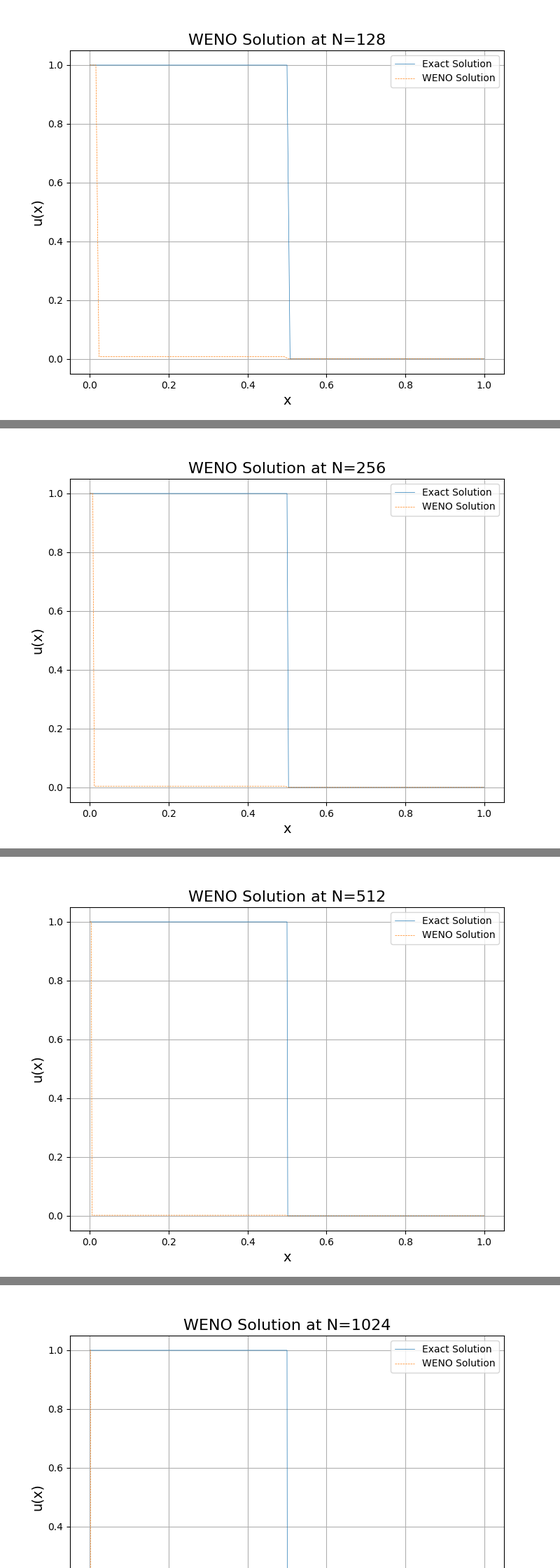
Repository: mishiroo/WENO
Script's output: python main.py
An editor plug-in stored every save of this project. The script's output is shown before and after a run of saves, followed by the edit.
The pictures show rows 0 to 2240 of an output 2436 px tall, at 70% of full size.
Each picture stacks the figures in order, with grey between them; figures that are only written to a file come last. Random numbers start from a fixed seed.

Above is the script's output before, as saved 2024-12-13 18:54:27.

### main.py
import WENO
import TestCase
import ErrorAnalysis as EA
import numpy as np

# 计算误差阶
# N: Num of cells 网格密度太大 机器误差会影响收敛
NList = [128, 256, 512, 1024]
# 存储计算结果
l2_err_list = []
linf_err_list = []
solution_list = []

for n in NList:
    mesh = WENO.Mesh(0, 1, n)  # 实例化的Mesh mesh.mesh访问网格本身
    test_case = TestCase.TestCase(mesh)
    # 用户只需要实现需要的函数即可
    theo_values = test_case.getTheoValues(TestCase.shockwave_fun)
    avg_values = test_case.shockwave_avg()

    # 实例化
    weno = WENO.WENO1D(mesh=mesh.mesh, avg_values=avg_values, k=3)
    weno.Reconstruct()  # WENO重构
    weno.BoundaryTreatment(theo_values)

    # 统计误差
    linf_err_list.append(EA.LinfError(theo_values, weno._solution))
    l2_err_list.append(EA.L2Error(theo_values, weno._solution))
    solution_list.append(weno._solution)
    # 绘图
    EA.Draw(mesh.mesh, theo_values, weno._solution)

EA.SaveError("WENO5Error-shock.xlsx", NList, l2_err_list, linf_err_list)

### WENO.py
import tqdm
import numpy as np
from typing import List


# 1D dimension
class WENO1D:

    def __init__(self, mesh: np.ndarray, avg_values: np.ndarray, k: int = 5) -> None:
        """初始化WENO类

        Args:
            mesh (np.ndarray): 网格剖分[lb,...ub]
            avg_values (np.ndarray): 网格剖分[lb,...ub]
            k (int, optional): 模板长度. Defaults to 3.
            Supported k=1, 2, 3, 5
        """
        assert np.size(mesh) - 1 == np.size(
            avg_values
        ), "len(mesh) == len(avg_values) + 1"
        self.avg_values = avg_values
        self.mesh = mesh

        self.order = 2 * k - 1
        self.lb = mesh[0]
        self.ub = mesh[-1]
        self.N = len(mesh) - 1  # Num of cells
        self.k = k  # Num of stencils

        self._solution = np.zeros(self.N + 1)  # 存储WENO重构结果

        # 查表得到模板组合线性权
        if self.order == 1:
            self.weights_d = [1]
        elif self.order == 3:
            self.weights_d = [2 / 3, 1 / 3]
        elif self.order == 5:
            self.weights_d = [1 / 10, 3 / 5, 3 / 10]
            # 查表得到模板组合系数
            self.C = np.array(
                [
                    [1 / 3, -7 / 6, 11 / 6],
                    [-1 / 6, 5 / 6, 1 / 3],
                    [1 / 3, 5 / 6, -1 / 6],
                    [11 / 6, -7 / 6, 1 / 3],
                ]
            )
        elif self.order == 9:
            # 直接得到五阶模板 加权可以得到九阶模板
            self.weights_d = np.array([0, 0, 1, 0, 0])  # 书上没有对应权重 取中间的权重
            self.C = np.array(
                [
                    [1 / 5, -21 / 20, 137 / 60, -163 / 60, 137 / 60],
                    [-1 / 20, 17 / 60, -43 / 60, 77 / 60, 1 / 5],
                    [1 / 30, -13 / 60, 47 / 60, 9 / 20, -1 / 20],
                    [-1 / 20, 9 / 20, 47 / 60, -13 / 60, 1 / 30],
                    [1 / 5, 77 / 60, -43 / 60, 17 / 60, -1 / 20],
                    [137 / 60, -163 / 60, 137 / 60, -21 / 20, 1 / 5],
                ]
            )
        else:
            raise ValueError(
                "k must be 1, 2 or 3, 5(测试五阶算法用)"
            )  # 其他阶的系数论文没给，先不写

        self.PrintInfo()

    def PrintInfo(self):
        print(
            f"lb = {self.lb}, ub = {self.ub}, Stencil length = {self.k}, WENO order = {self.order} "
        )
        print(f"Num of cells = {self.N}, Num of Nodes = {self.N + 1} \n")

    def StencilReconstruct(self, index: int) -> List[float]:
        """根据模板进行重构 精度为k阶

        Args:
            index (int): 计算节点的位置索引

        Returns:
            List[float]: 不同模板上的重构结果
        """
        stencil_index = index - 1
        stencil_recons = np.zeros(self.k)  # 存储不同模板重构结果的值
        if stencil_index - self.k + 1 >= 0 and stencil_index + self.k - 1 <= self.N - 1:
            for i in range(self.k):
                stencil_recons[i] = np.inner(
                    self.C[i],
                    self.avg_values[
                        stencil_index - self.k + 1 + i : stencil_index + i + 1
                    ],
                )

        elif stencil_index - self.k + 1 < 0:
            for i in range(self.k):
                stencil_recons[i] = np.inner(
                    self.C[-1],
                    self.avg_values[stencil_index + 1 : stencil_index + self.k + 1],
                )

        elif stencil_index + self.k - 1 > self.N - 1:
            for i in range(self.k):
                stencil_recons[i] = np.inner(
                    self.C[0],
                    self.avg_values[stencil_index - self.k + 1 : stencil_index + 1],
                )
        return stencil_recons

    def SmoothIndicators(self, index: int) -> np.ndarray:
        """计算指示器

        Args:
            index (int): 索引

        Returns:
            np.ndarray: 平滑指示函数
        """
        assert self.k == 2 or self.k == 3, "SmoothIndicators only support k=3 NOW!"
        # 处理非法值
        if index < self.k - 1 or index > self.N - self.k:
            return self.weights_d
        else:
            if self.k == 2:
                beta0 = self.avg_values[index + 1] - self.avg_values[index]
                beta1 = self.avg_values[index] - self.avg_values[index - 1]
                return [beta0, beta1]
            elif self.k == 3:
                beta0 = (
                    13
                    / 12
                    * (
                        self.avg_values[index]
                        - 2 * self.avg_values[index + 1]
                        + self.avg_values[index + 2]
                    )
                    ** 2
                )
                +1 / 4 * (
                    3 * self.avg_values[index]
                    - 4 * self.avg_values[index + 1]
                    + self.avg_values[index + 2]
                ) ** 2
                beta1 = (
                    13
                    / 12
                    * (
                        self.avg_values[index - 1]
                        - 2 * self.avg_values[index]
                        + self.avg_values[index + 1]
                    )
                    ** 2
                )
                +1 / 4 * (self.avg_values[index - 1] - self.avg_values[index + 1]) ** 2
                beta2 = (
                    13
                    / 12
                    * (
                        self.avg_values[index - 2]
                        - 2 * self.avg_values[index - 1]
                        + self.avg_values[index]
                    )
                    ** 2
                )
                +1 / 4 * (
                    3 * self.avg_values[index]
                    - 4 * self.avg_values[index - 1]
                    + self.avg_values[index - 2]
                ) ** 2
            return [beta0, beta1, beta2][::-1]

    def FormWeights(self, index: int, eps=1e-6) -> np.ndarray:
        """计算归一化权重

        Args:
            index (int): 索引

        Returns:
            np.ndarray: 权重
        """
        alpha = np.zeros(self.k)
        beta = self.SmoothIndicators(index)
        for i in range(self.k):
            alpha[i] = self.weights_d[i] / (eps + beta[i]) ** 2
        return alpha / np.sum(alpha)

    def NodeReconstruct(self, index: int, eps=1e-6) -> float:
        """WENO加权后的重构 精度为2k-1阶 针对节点进行重构

            返回指定索引的WENO重构结果

        Args:
            index (int): 索引
            eps (_type_, optional): eps参数. Defaults to 1e-6.

        Returns:
            float: 插值结果
        """
        weights = self.FormWeights(index, eps=eps)
        return np.inner(weights, self.StencilReconstruct(index))

    def Reconstruct(self, eps=1e-6):
        """WENO加权后的重构 精度为2k-1阶 针对区间进行重构

            返回区间上每个节点的WENO重构结果

        Args:
            eps (_type_, optional): eps参数. Defaults to 1e-6.
        """
        for i in tqdm.tqdm(range(self.N + 1)):
            self._solution[i] = self.NodeReconstruct(i, eps=eps)
        return self._solution

    def StencilReconstruct_all(self) -> np.ndarray:
        """精度为k阶 调用StencilReconstruct 针对区间进行重构

            返回区间所有节点使用模板重构结果(收敛阶为模板长度)

        Returns:
            np.ndarray: 重构结果
        """
        for i in range(self.N + 1):
            self._solution[i] = np.inner(self.weights_d, self.StencilReconstruct(i))
        return self._solution

    def BoundaryTreatment(self, theo_values: np.ndarray) -> None:
        """边界处理: 把遇到的不完整模板计算结果全部用精确值代替

        Args:
            theo_values (np.ndarray): 理论值
        """
        for i in range(self.k):
            # 前k个点
            self._solution[i] = theo_values[i]
            # 后k个点
            self._solution[self.N - i] = theo_values[self.N - i]


class Mesh:
    def __init__(self, lb: float, ub: float, N: int) -> None:
        """初始化网格

        Args:
            lb (float): 左边界
            ub (float): 右边界
            N (int): cells数量
        """
        self.lb = lb
        self.ub = ub
        self.N = N
        self.mesh = np.linspace(lb, ub, N + 1)
        self.avg_values = np.zeros(N)  # Initialize avg_values

    def BindAverageValues(self, avg_values: List[float]) -> None:
        """绑定平均值

        Args:
            avg_values (List[float]): 平均值
        """
        assert len(avg_values) == self.N, "avg_values length must be N"
        self.avg_values = avg_values

### TestCase.py
# 构建测试用例
import WENO
import GaussIntegrate
from typing import Callable
import numpy as np


def shockwave_fun(x: np.ndarray) -> np.ndarray:
    """间断函数

    Args:
        x (np.ndarray): 传入网格点

    Returns:
        np.ndarray: 对应函数值
    """
    return np.where(x <= 0.5, 1, 0)


def sin_fun(x: np.ndarray) -> np.ndarray:
    return np.sin(2 * np.pi * x)

def exp_fun(x: np.ndarray) -> np.ndarray:
    return np.exp(x)

class TestCase:
    def __init__(self, mesh: WENO.Mesh):
        self.mesh = mesh.mesh  # 具体的网格 长度为N+1
        self.N = mesh.N  # 单元格数
        self._avg_values = np.zeros(self.N)  # 初始化平均值

    def getAverageValues(
        self, func_name: Callable[[np.ndarray], np.ndarray]
    ) -> np.ndarray:
        # 利用高斯积分求解区域均值
        for i in range(self.N):
            self._avg_values[i] = GaussIntegrate.gauss_integrate(
                func_name, [self.mesh[i], self.mesh[i + 1]]
            ) / (self.mesh[i + 1] - self.mesh[i])
        return self._avg_values

    def getTheoValues(
        self, func_name: Callable[[np.ndarray], np.ndarray]
    ) -> np.ndarray:
        """获取每个网格点的理论值

        Args:
            func_name (Callable[[np.ndarray], np.ndarray]): 定义的函数
                需要实现网格点数组到网格点对应函数值数组的映射

        Returns:
            np.ndarray: 理论值
        """
        return func_name(self.mesh)

    def shockwave_avg(self) -> np.ndarray:
        """间断问题高斯积分求不对 这里用解析解计算
            f(x) = 1 if x <= 0.5 else 0

        Returns:
            np.ndarray: _description_
        """
        for i in range(self.N):
            if self.mesh[i] > 0.5:
                self._avg_values[i] = 0
            elif self.mesh[i+1] <=  0.5:
                self._avg_values[i] = self.mesh[i+1] - self.mesh[i]
            else:
                self._avg_values[i] = 0.5 - self.mesh[i]
        return self._avg_values

# 测试用例
# if __name__ == "__main__":
#     mesh = WENO.Mesh(0, 1, 100)
#     test_case = TestCase(mesh)
#     print(test_case.getAverageValues(shockwave_fun))
#     print(test_case.getTheoValues(shockwave_fun))

### GaussIntegrate.py
import numpy as np


def gauss_integrate(func, interval, n=5):
    """
    使用高斯-勒让德积分方法计算一维积分。

    参数:
    func: 被积分的函数
    a, b: 积分区间 [a, b]
    n: 积分的阶数，默认为5阶精度

    返回:
    积分结果
    """
    a, b = interval
    # 高斯-勒让德积分节点和权重，来自于预计算表
    nodes, weights = np.polynomial.legendre.leggauss(n)

    # 将节点从[-1, 1]映射到[a, b]区间
    transformed_nodes = 0.5 * (b - a) * nodes + 0.5 * (a + b)

    # 计算高斯-勒让德积分结果
    integral = 0.5 * (b - a) * np.sum(weights * func(transformed_nodes))

    return integral

def gauss_point(x_bound: list[float]) -> list[float]:
    """获取高斯点坐标list

    Args:
        x_bound (list[float]): 积分区间

    Returns:
        list[float]: 坐标点
    """
    a, b = x_bound
    # 映射后的高斯点
    c_ = 2 / 7 * np.sqrt(6 / 5)
    gpt = np.array([
        -np.sqrt(3 / 7 + c_),
        -np.sqrt(3 / 7 - c_),
        np.sqrt(3 / 7 - c_),
        np.sqrt(3 / 7 + c_),
    ])
    return ((b - a) * gpt + b + a) / 2

# 设计这些函数的作用是因为如果给出的句柄存在if-else判断，计算高斯点函数值时，会报错
# 所以现在要把计算函数值和组装分开
def gauss_point_value(f, gpt: list, x_bound: list[float]) -> list[float]:
    """获取高斯点函数值

    Args:
        f (function): 函数
        gpt (list): 映射后的高斯点坐标
        x bound: 积分区间

    Returns:
        list: 函数值
    """
    a, b = x_bound
    return [f(x) for x in gpt]


def gauss_integrate_ls(f_list, x_bound: list[float]) -> float:
    """4个高斯点的高斯积分 精度为7阶

    Args:
        f_list : 函数求值后的列表
        x_bound (list[float]): 积分区域

    Returns:
        float: 积分结果
    """
    a, b = x_bound
    # 权重
    w1 = (18 + np.sqrt(30)) / 36
    w2 = (18 - np.sqrt(30)) / 36
    A = [w2, w1, w1, w2]

    # 转为标准区间
    I = 0
    J = (b - a) / 2
    for i in range(4):
        I += A[i] * f_list[i] * J
    return I


# 测试用例
# if __name__ == "__main__":
#     def f(x):
#         return x

#     bd = [0, 2]
#     gpt = gauss_point(bd)
#     f_list = gauss_point_value(f, gpt, bd)
#     print(2)
#     print(gauss_integrate(f, bd))
#     print(gauss_integrate_ls(f_list, bd))

### ErrorAnalysis.py
# 分析计算结果的收敛阶 绘制计算效果图
import numpy as np
import pandas as pd
from typing import List
from matplotlib import pyplot as plt


def AccuracyOrder(N1: int, N2: int, Error1: int, Error2: int) -> float:
    """给定两组剖分和计算结果，计算收敛阶

    Args:
        N1 (int): 第一次剖分的网格数
        N2 (int): 第二次剖分的网格数
        Error1 (int): 第一次剖分的误差
        Error2 (int): 第二次剖分的误差

    Returns:
        float: 收敛阶
    """
    return np.log(Error1 / Error2) / np.log(N2 / N1)


def AccuracyOrders(NList: List[int], ErrorList: List[float]) -> np.ndarray:
    """对两组及以上剖分结果进行收敛阶分析 返回长度为len(NList)第一个元素为None的收敛阶数组
    输入参数是Num of cells
    Args:
        NList (List[int]): 网格剖分参数列表
        ErrorList (List[float]): 误差结果列表

    Returns:
        np.ndarray: 收敛阶列表
    """
    assert len(NList) == len(
        ErrorList
    ), f"length of NList and ErrorList must be equal, but {len(NList)} and {len(ErrorList)} are given"
    orderList = np.zeros(len(NList))
    orderList[0] = None
    for i in range(1, len(NList)):
        orderList[i] = AccuracyOrder(
            NList[i], NList[i - 1], ErrorList[i], ErrorList[i - 1]
        )
    return orderList


def AccuracyOrders_h(hList: List[float], ErrorList: List[float]) -> np.ndarray:
    """对两组及以上剖分结果进行收敛阶分析 返回长度为len(hList)第一个元素为None的收敛阶数组
    输入参数是剖分长度
    Args:
        hList (List[int]): 网格剖分长度列表
        ErrorList (List[float]): 误差结果列表

    Returns:
        np.ndarray: 收敛阶列表
    """
    N = [int(1/h) for h in hList]
    return AccuracyOrders(N, ErrorList)


def SaveError(
    fn: str, NList: List[int], L2ErrorList: List[float], LinfErrorList: List[float]
) -> None:
    """保存误差结果

    Args:
        fn (str): 保存文件名
        NList (List[int]): 网格剖分参数列表
        ErrorList (List[float]): 误差结果列表
    """
    ac_orders_l2 = AccuracyOrders(NList, L2ErrorList)
    ac_orders_linf = AccuracyOrders(NList, LinfErrorList)
    # 保存计算结果
    data = {
        "N": NList,
        "L2Error": L2ErrorList,
        "L2Order": ac_orders_l2,
        "LInfError": LinfErrorList,
        "LInfOrder": ac_orders_linf,
    }
    df = pd.DataFrame(data)
    df.to_excel(fn, index=False)
    # 打印误差
    print(f"l2 err accuracy order: {ac_orders_l2}")
    print(f"linf err accuracy order: {ac_orders_linf}")


def L2Error(analytical: List[float], numerical: List[float]) -> float:
    """计算L2误差

    Args:
        analytical (List[float]): 解析解
        numerical (List[float]): 数值解

    Returns:
        float: L2误差
    """
    return np.sqrt(np.sum([(a - n) ** 2 for a, n in zip(analytical, numerical)]))


def LinfError(analytical: List[float], numerical: List[float]) -> float:
    """计算Linf误差

    Args:
        analytical (List[float]): 解析解
        numerical (List[float]): 数值解

    Returns:
        float: Linf误差
    """
    return max([abs(a - n) for a, n in zip(analytical, numerical)])


def Draw(
    mesh: np.ndarray,
    theo_values: np.ndarray,
    weno_values: np.ndarray,
    show=False,
    fn: str = None,
):
    """只绘制剖分为N的精确值与数值解对比图

    Args:
        mesh (np.ndarray): 剖分网格
        theo_values (np.ndarray): 理论值
        weno_values (np.ndarray): WENO求解结果
        show(Bool, optional): 是否显示图形. Defaults to False.
        fn (str, optional): 保存文件名. Defaults to None.
    """
    N = mesh.size - 1
    # 创建图形
    plt.figure(figsize=(8, 6), dpi=150)

    # 绘制理论值
    plt.plot(
        mesh,
        theo_values,
        label="Exact Solution",
        linestyle="-",
        linewidth=0.5,
    )
    # 绘制WENO数值解
    plt.plot(
        mesh,
        weno_values,
        label="WENO Solution",
        linestyle="--",
        linewidth=0.5,
    )
    # 设置标题和标签

    plt.title(f"WENO Solution at N={N}", fontsize=16)
    plt.xlabel("x", fontsize=14)
    plt.ylabel("u(x)", fontsize=14)

    # 显示图例
    plt.legend()

    # 显示网格
    plt.grid(True)
    if fn is not None:
        plt.savefig(f"figures/{fn}.png")
    else:
        plt.savefig(f"figures/WENO5-N={N}.png")
    # 展示图形
    if show:
        plt.show()

After the next 2 saves:
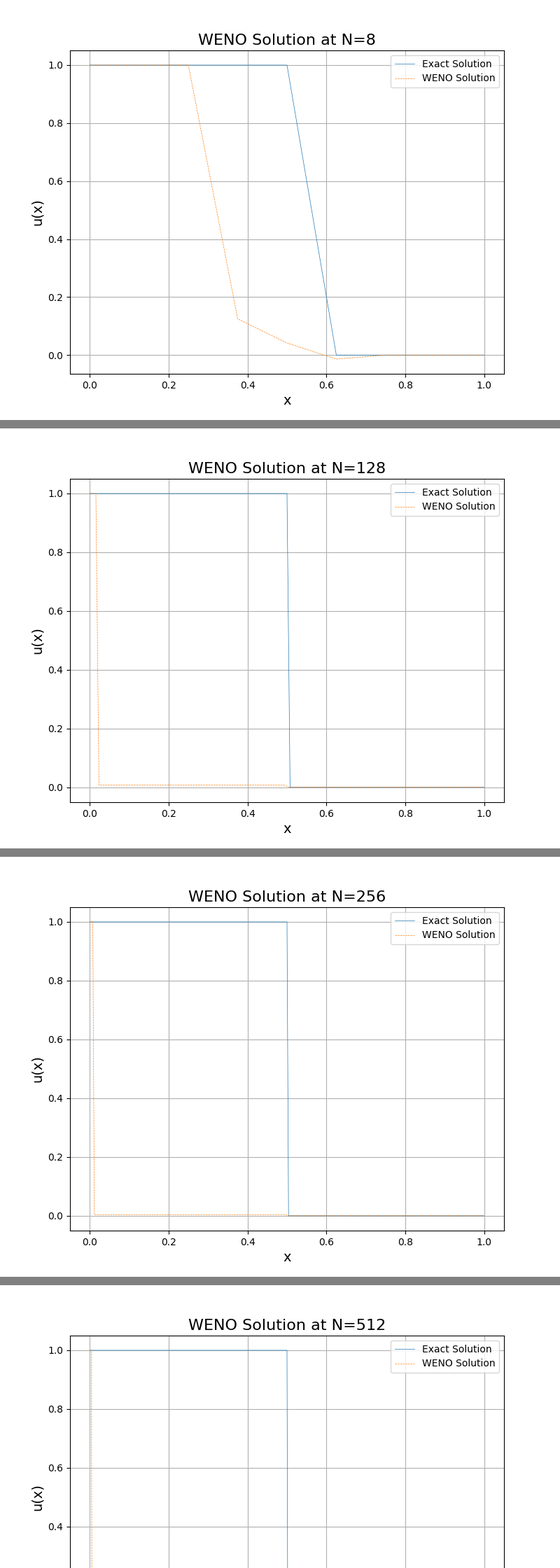
The 2 saves are shown as one change because they came seconds apart.
The last was saved 57 s later.
--- a/main.py
+++ b/main.py
@@ -5,7 +5,7 @@ import numpy as np
 
 # 计算误差阶
 # N: Num of cells 网格密度太大 机器误差会影响收敛
-NList = [128, 256, 512, 1024]
+NList = [8, 128, 256, 512, 1024]
 # 存储计算结果
 l2_err_list = []
 linf_err_list = []
